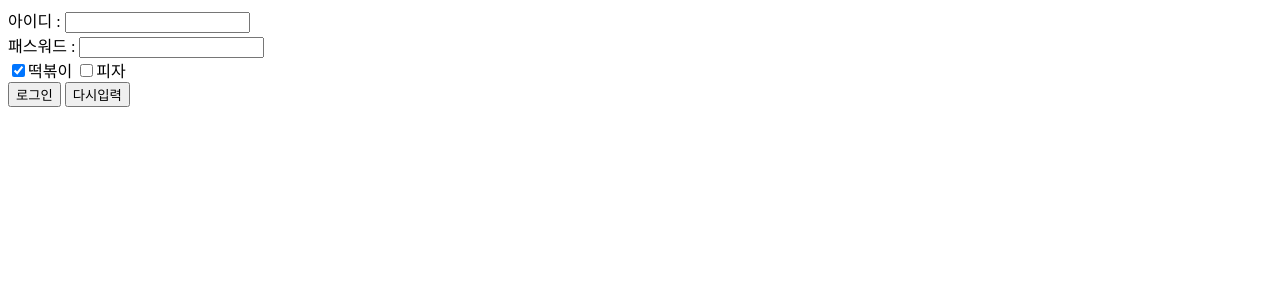
Repository: onerain5120/db_conn
Page: eclipse-workspace/pro06/src/main/webapp/login.html
These files come from the project's save history. The page is drawn as it stood at one moment and after the next save; the edit follows.
The browser window is 1280 px wide. The pictures show the whole page.

Above is the page before, as saved 2023-09-27 01:56:45.

After the next save:
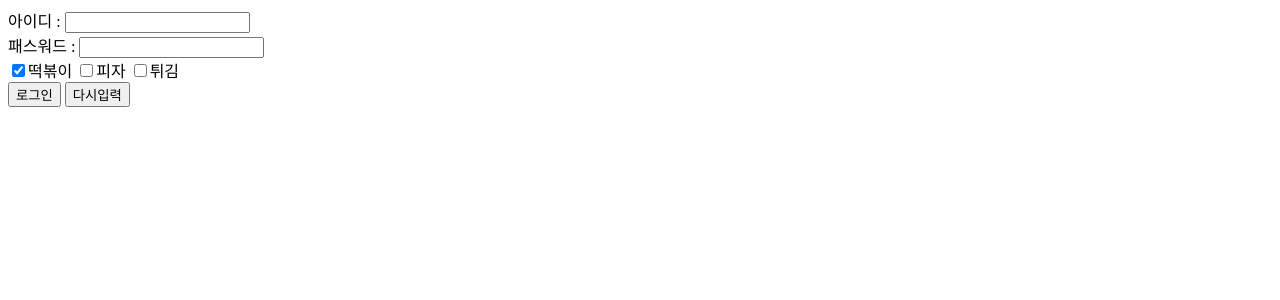
Saved 51 s later.
--- a/eclipse-workspace/pro06/src/main/webapp/login.html
+++ b/eclipse-workspace/pro06/src/main/webapp/login.html
@@ -13,7 +13,8 @@
 		패스워드 : <input type="password" name="user_pw"><br>
 
 		<input type="checkbox" value="떡볶이" checked>떡볶이
-		<input type="checkbox" value="피자">피자<br>
+		<input type="checkbox" value="피자">피자
+		<input type="checkbox" value="튀김">튀김<br>
 
 
 		<input type="submit" value="로그인">
